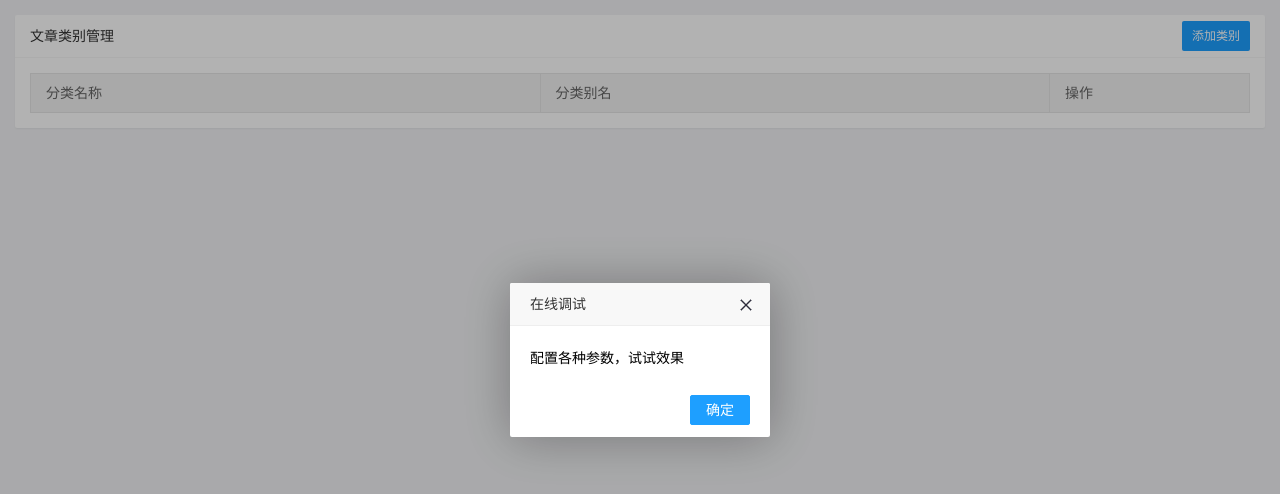
Repository: haloxxi/web_bigevent
Page: article/art-cate.html
The author's editor kept a copy of each file at every save. The page is drawn from the files as they stood at one save, then again after the next save.
The browser window is 1280 px wide. The pictures show the whole page.
After loading, the first visible `#btnAddCate` was clicked once.
The page's requests for data from a server got no answer.

Above is the page before, as saved 2022-06-27 17:32:42.
Console error: TypeError: Cannot read properties of undefined (reading 'status')

### article/art-cate.html
<!DOCTYPE html>
<html lang="en">

<head>
    <meta charset="UTF-8">
    <meta http-equiv="X-UA-Compatible" content="IE=edge">
    <meta name="viewport" content="width=device-width, initial-scale=1.0">
    <title>文章管理</title>
    <link rel="stylesheet" href="/assets/lib/layui/css/layui.css">
    <link rel="stylesheet" href="/assets/css/article/art-code.css">
</head>

<body>
    <!-- 卡片区域 -->
    <!-- 想要打开你页面后还是当前页面 要重新安装第三方插件express 暂时停掉live sever -->
    <!-- ctrl + shift +p -->
    <div class="layui-card">
        <div class="layui-card-header">
            <span>文章类别管理</span>
            <button type="button" class="layui-btn  layui-btn-normal  layui-btn-sm" id="btnAddCate">添加类别</button>
        </div>

        <div class="layui-card-body">
            <table class="layui-table">
                <colgroup>
                    <!-- 不加宽度表示自适应 -->
                    <col>
                    <col>
                    <col width="200">
                </colgroup>
                <thead>
                    <tr>
                        <th>分类名称</th>
                        <th>分类别名</th>
                        <th>操作</th>
                    </tr>
                </thead>
                <tbody>

                </tbody>
            </table>
        </div>
    </div>
    <!-- 这里是表格数据的模板 -->
    <script type="text/html" id="tpl-table">
        {{each data}}
        <tr>
            <td>{{$value.name}}</td>
            <td>{{$value.alias}}</td>
            <td>
                <button type="button" class="layui-btn layui-btn-xs">编辑</button>
                <button type="button" class="layui-btn layui-btn-danger layui-btn-xs">删除</button>
            </td>
        </tr>
        {{/each}}
    </script>



    <script src="/assets/lib/layui/layui.all.js"></script>
    <script src="/assets/lib/jquery.js"></script>
    <script src="/assets/js/baseAPI.js"></script>
    <!-- 导入模板引擎 -->
    <script src="/assets/lib/template-web.js"></script>
    <script src="/assets/js/article/art-cade.js"></script>

</body>

</html>

### assets/css/article/art-code.css
html,
body {
    padding: 0;
    margin: 0;
}

body {
    padding: 15px;
    background-color: #f2f3f5;
}

.layui-card-header {
    display: flex;
    justify-content: space-between;
    /* 标题居中对齐 */
    align-items: center;
}

### assets/js/baseAPI.js
// 注意：每次调用$.get（）/$.ajax()的时候
// 会先调用个ajaxprefilter()这个函数
// 这个函数会给我们Ajax配置一个对象
$.ajaxPrefilter(function(options) {

    // 在发起真正的Ajax之前 统一拼接路径
    // http://api-breakingnews-web.itheima.net
    // https://www.showdoc.com.cn/1425457596992351/6972620264462285
    // http://big-event-api-t.itheima.net
    options.url = 'http://api-breakingnews-web.itheima.net' + options.url
        // console.log(options.url)

    // 统一为有权限的接口设置headers
    // 不是所有都要加headers 只有my开头的需要
    if (options.url.indexOf('/my/') !== -1) {
        options.headers = {
            Authorization: localStorage.getItem('token') || ''
        }
    }

    // 全局挂载complete回调函数
    options.complete = function(res) {
        // console.log('执行了complete回调')
        // console.log(res)
        // 在complete函数中可以那倒res.responseJSON拿到响应回来的数据
        if (res.responseJSON.status === 1 && res.responseJSON.message === '身份认证失败！') {
            // 1-强制清空
            localStorage.removeItem('token')
                // 2-强制跳转登录页面
            location.href = '/login.html'
        }
    }
})

### assets/js/article/art-cade.js
$(function() {
    var layer = layui.layer

    initArtCateList()


    // 获取文章分类的列表
    function initArtCateList() {
        $.ajax({
            method: 'GET',
            url: '/my/article/cates',
            success: function(res) {
                // console.log(res)
                var htmlStr = template('tpl-table', res)
                $('tbody').html(htmlStr)
            }
        })

        // 为添加类别按钮绑定事件
        $('#btnAddCate').on('click', function() {
            // 弹出层效果
            layer.open({
                title: '在线调试',
                content: '配置各种参数，试试效果'
            });

        })
    }
})

Loaded but not shown: assets/lib/layui/css/layui.css (library); assets/lib/layui/layui.all.js (library); assets/lib/jquery.js (library); assets/lib/template-web.js (library); assets/lib/layui/css/modules/laydate/default/laydate.css (library); assets/lib/layui/css/modules/layer/default/layer.css (library); assets/lib/layui/css/modules/code.css (common file)

After the next save:
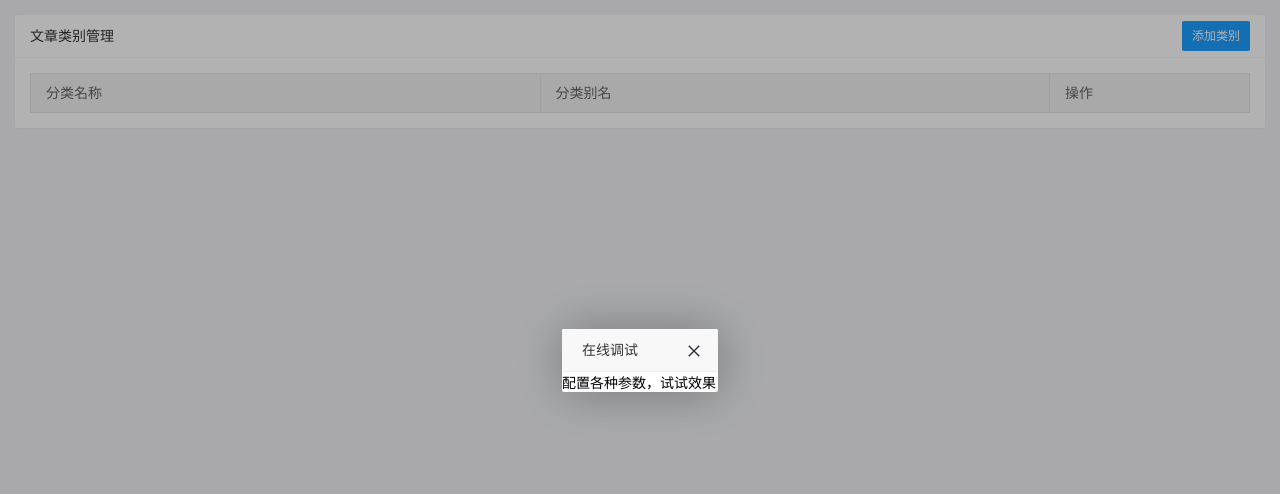
Saved 2 min 25 s later.
--- a/assets/js/article/art-cade.js
+++ b/assets/js/article/art-cade.js
@@ -21,7 +21,8 @@ $(function() {
             // 弹出层效果
             layer.open({
                 title: '在线调试',
-                content: '配置各种参数，试试效果'
+                content: '配置各种参数，试试效果',
+                type: 1,
             });
 
         })
